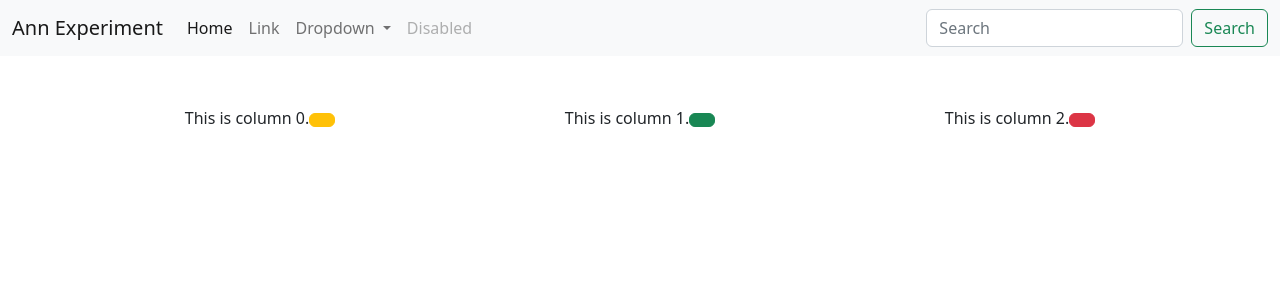
Repository: annferracane/phase-0-personal-website
Page: index.html
The author's editor kept a copy of each file at every save. The page is drawn from the files as they stood at one save, then again after the next save.
The browser window is 1280 px wide. The pictures show the whole page.

Above is the page before, as saved 2022-11-13 16:47:46.

After the next save:
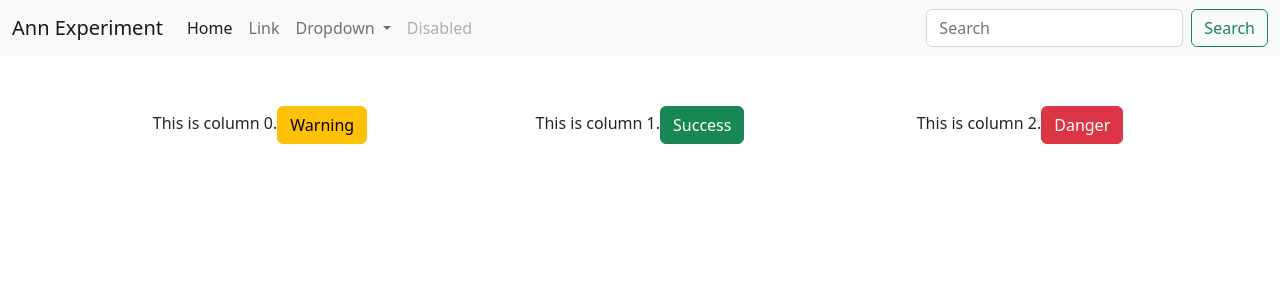
Saved 10 s later.
--- a/script.js
+++ b/script.js
@@ -22,13 +22,13 @@ for (i = 0; i < 3; i++){
 
     if (i === 1) {
         buttonClassName = "btn btn-success";
-        //button.textContent = "Success";
+        button.textContent = "Success";
     } else if (i === 2) {
         buttonClassName = "btn btn-danger";
-        //button.textContent = "Danger";
+        button.textContent = "Danger";
     } else {
         buttonClassName = "btn btn-warning";
-        //button.textContent = "Warning";
+        button.textContent = "Warning";
     }
 
     button.className = buttonClassName;
